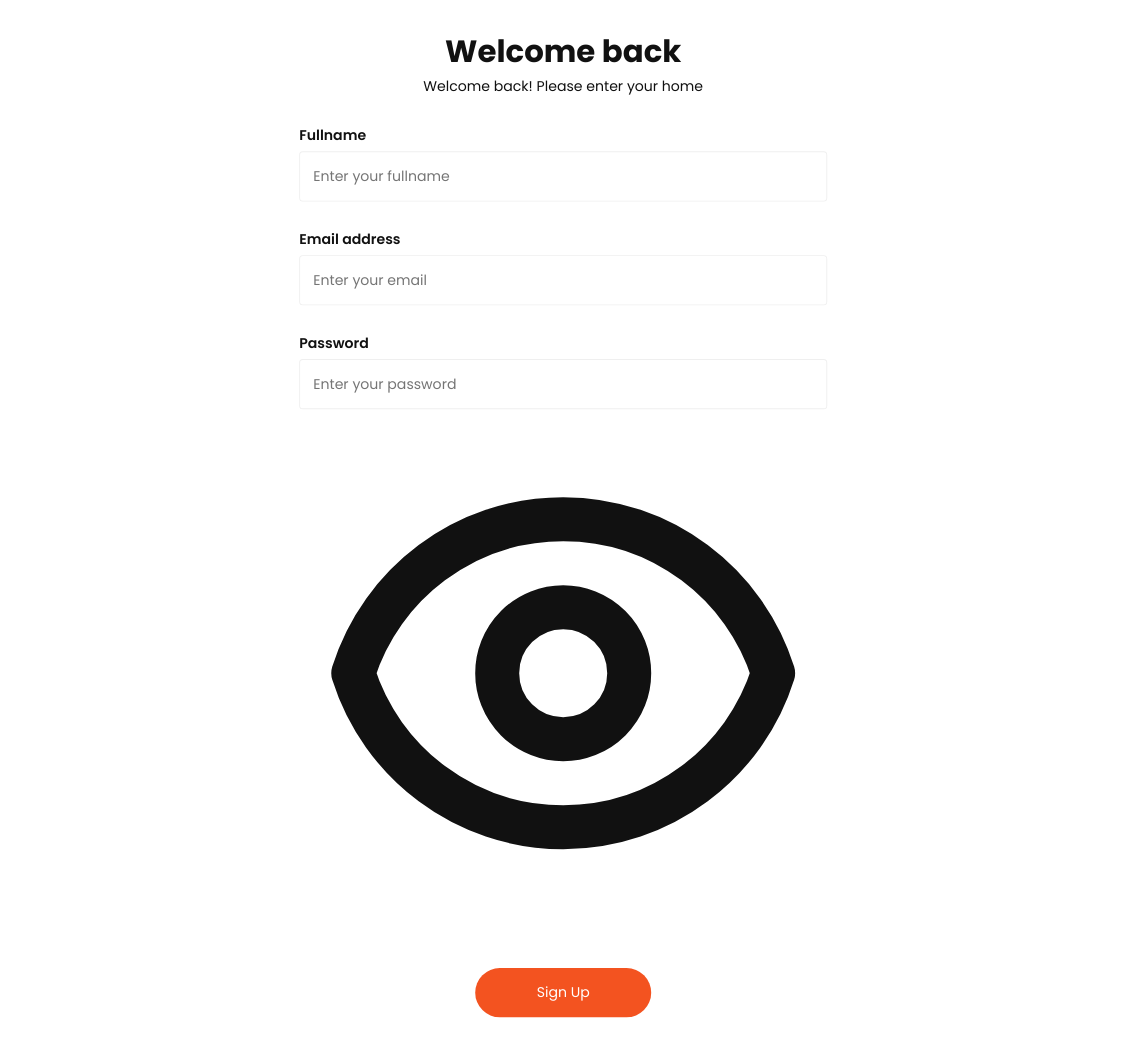
Repository: hoang0508/ReactJs-Fruits
Page: /sign-up
The author's editor kept a copy of each file at every save. The page is drawn from the files as they stood at one save, then again after the next save.
The browser window is 1280 px wide. The pictures show the whole page, at 88% of full size.
The project was rebuilt for these pictures with package versions that can differ from the ones it lists, and the page was loaded fresh each time. Also part of the build but not shown: src/Pages/NotFoundPage.js, src/hooks/useHookAPI.js, src/hooks/useLocalStrorage.js, src/components/context/Auth-Context.js, src/components/Media/Social.scss, src/components/Media/Social.js, src/components/Footer/Footercoppy.js, src/components/Footer/Footer.js and 33 more.

Above is the page before, as saved 2022-05-12 10:28:46.

After the next save:
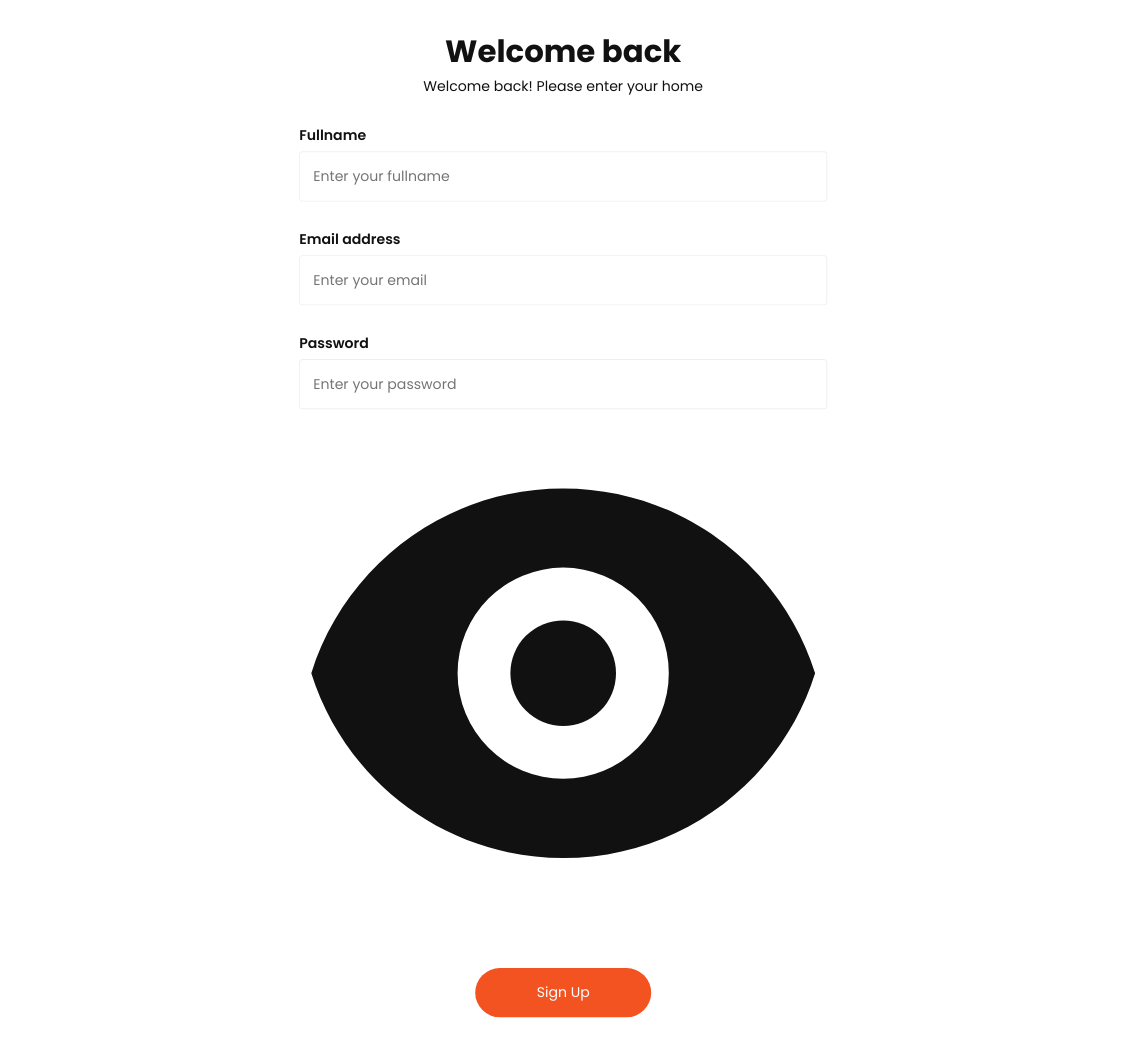
Saved 25 s later.
--- a/src/Pages/SignUpPage.js
+++ b/src/Pages/SignUpPage.js
@@ -49,21 +49,15 @@ const SignUpPage = () => {
           <Input name="password" type="text" placeholder="Enter your password">
             <svg
               xmlns="http://www.w3.org/2000/svg"
-              className="h-6 w-6"
-              fill="none"
-              viewBox="0 0 24 24"
-              stroke="currentColor"
-              strokeWidth={2}
+              className="h-5 w-5"
+              viewBox="0 0 20 20"
+              fill="currentColor"
             >
+              <path d="M10 12a2 2 0 100-4 2 2 0 000 4z" />
               <path
-                strokeLinecap="round"
-                strokeLinejoin="round"
-                d="M15 12a3 3 0 11-6 0 3 3 0 016 0z"
-              />
-              <path
-                strokeLinecap="round"
-                strokeLinejoin="round"
-                d="M2.458 12C3.732 7.943 7.523 5 12 5c4.478 0 8.268 2.943 9.542 7-1.274 4.057-5.064 7-9.542 7-4.477 0-8.268-2.943-9.542-7z"
+                fillRule="evenodd"
+                d="M.458 10C1.732 5.943 5.522 3 10 3s8.268 2.943 9.542 7c-1.274 4.057-5.064 7-9.542 7S1.732 14.057.458 10zM14 10a4 4 0 11-8 0 4 4 0 018 0z"
+                clipRule="evenodd"
               />
             </svg>
           </Input>
